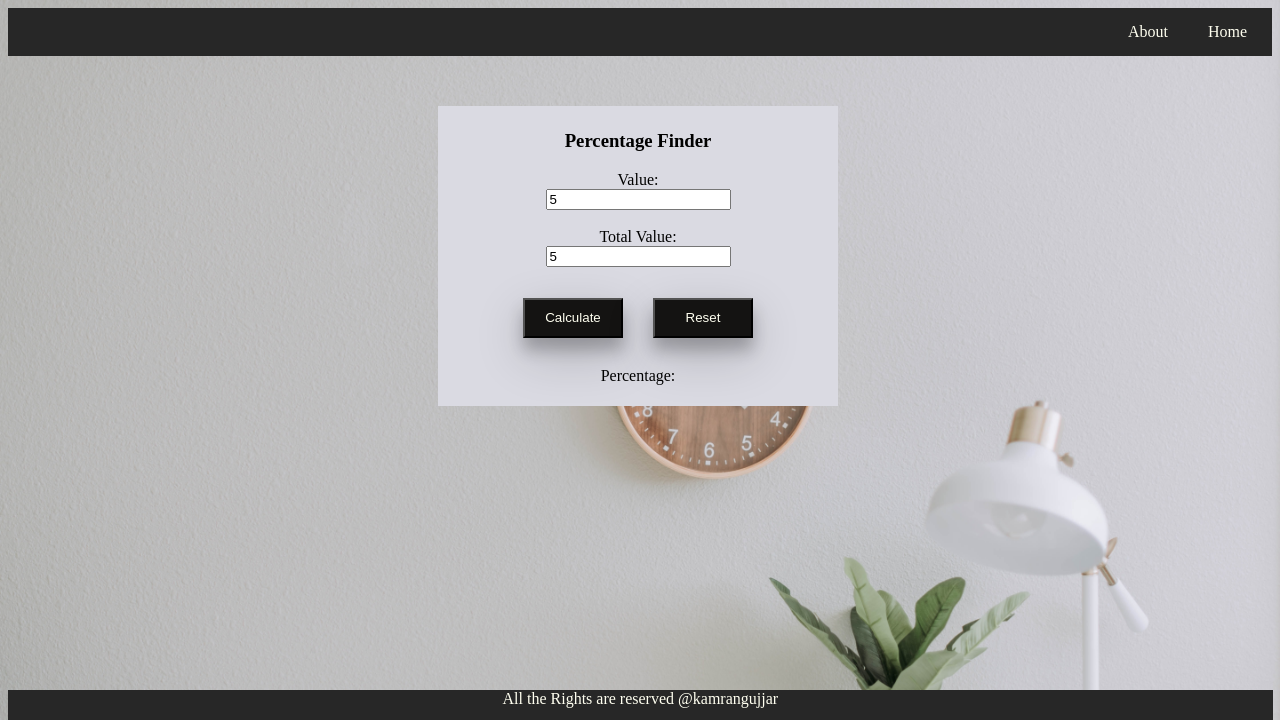
Repository: Kamrangujjar85112/Length-Converter
Page: html/percentage.html
An editor plug-in stored every save of this project. The page is shown before and after the next save, followed by the edit.
The browser window is 1280 px wide. The pictures show the whole page.
Empty fields were first filled with sample values (such as "Sample", 5 or name@example.com).
After loading, the first visible `#convert` was clicked once.

Above is the page before, as saved 2022-01-28 15:12:15.
Console error: TypeError: Cannot read properties of null (reading 'style')

After the next save:
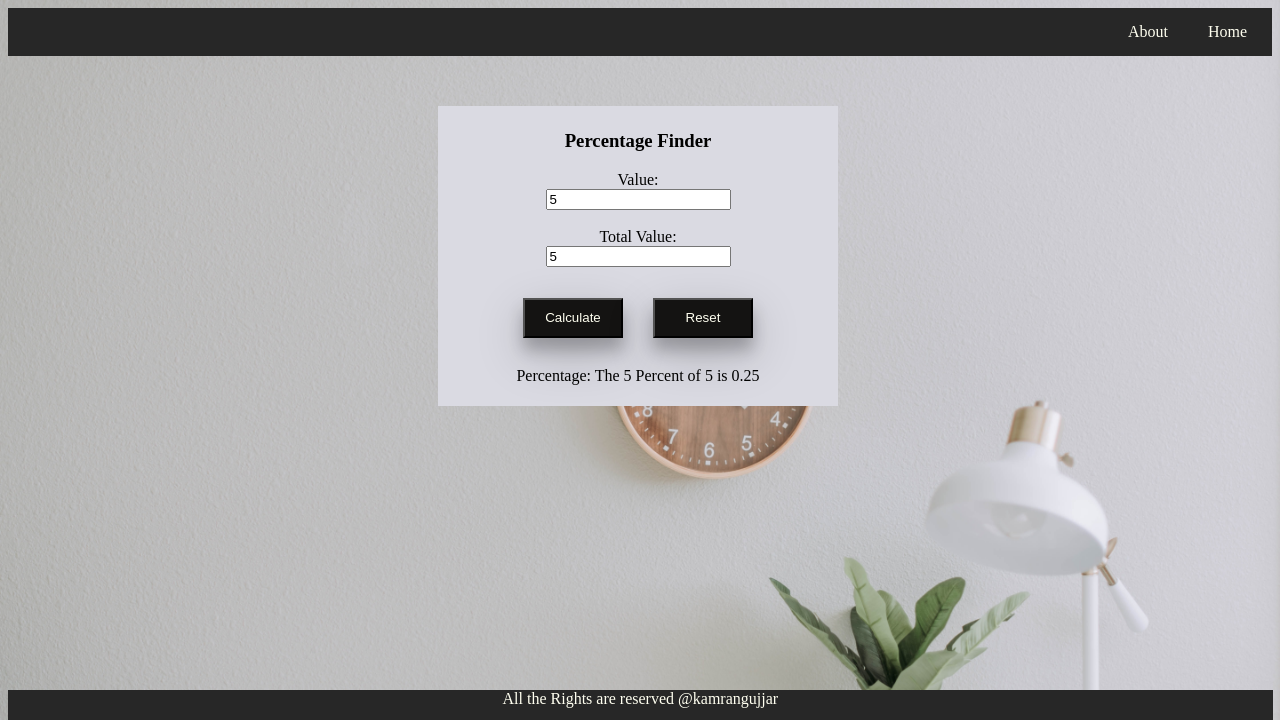
The error is gone.
Saved 5 min 40 s later.
--- a/js/converter.js
+++ b/js/converter.js
@@ -27,78 +27,91 @@ if(inputCmToKm?.value > 0){
     document.getElementById('cmToKmpError').innerHTML =  '<span style="color:red;">Enter A Valid Number</span>';
 }}
 // centimeters To Milimeters
-if(inputCmToMm?.value > 0){
-    const Mm = inputCmToMm?.value * 10;
-    document.getElementById('cmToMmp').style.display ='block';
-    document.getElementById('cmToMmpError').style.display ='none';
-    document.getElementById('cmToMm').innerHTML = inputCmToMm?.value +' Centimeters are equal to ' +Mm + ' Milimeters';
-}else{
+if(inputCmToMm?.value){
+    if(inputCmToMm?.value > 0){
+        const Mm = inputCmToMm?.value * 10;
+        document.getElementById('cmToMmp').style.display ='block';
+        document.getElementById('cmToMmpError').style.display ='none';
+        document.getElementById('cmToMm').innerHTML = inputCmToMm?.value +' Centimeters are equal to ' +Mm + ' Milimeters';
+    }else{
 
-    document.getElementById('cmToMmp').style.display ='none';
-    document.getElementById('cmToMmpError').style.display ='block';
-    document.getElementById('cmToMmpError').innerHTML =  '<span style="color:red;">Enter A Valid Number</span>';
+        document.getElementById('cmToMmp').style.display ='none';
+        document.getElementById('cmToMmpError').style.display ='block';
+        document.getElementById('cmToMmpError').innerHTML =  '<span style="color:red;">Enter A Valid Number</span>';
+    }
 }
     // Miles to kilometers
-if(inputMiToKm?.value > 0){
-    const Km1 = inputMiToKm?.value * 1.609;
-    document.getElementById('miToKmp').style.display ='block';
-    document.getElementById('miToKmpError').style.display ='none';
-    document.getElementById('miToKm').innerHTML = inputMiToKm?.value +' Miles are equal to ' +Km1 + ' Kilometers';
-}else{
+if(inputMiToKm?.value){
+    if(inputMiToKm?.value > 0){
+        const Km1 = inputMiToKm?.value * 1.609;
+        document.getElementById('miToKmp').style.display ='block';
+        document.getElementById('miToKmpError').style.display ='none';
+        document.getElementById('miToKm').innerHTML = inputMiToKm?.value +' Miles are equal to ' +Km1 + ' Kilometers';
+    }else{
 
-    document.getElementById('miToKmp').style.display ='none';
-    document.getElementById('miToKmpError').style.display ='block';
-    document.getElementById('miToKmpError').innerHTML =  '<span style="color:red;">Enter A Valid Number</span>';
+        document.getElementById('miToKmp').style.display ='none';
+        document.getElementById('miToKmpError').style.display ='block';
+        document.getElementById('miToKmpError').innerHTML =  '<span style="color:red;">Enter A Valid Number</span>';
+    }
 }
 // Meters to Centimeters
-if(inputMToCm?.value > 0){
-    const Cm1 = inputMToCm?.value * 100;
-    document.getElementById('mToCmp').style.display ='block';
-    document.getElementById('mToCmpError').style.display ='none';
-    document.getElementById('mToCm').innerHTML = inputMToCm?.value +' Meters are equal to ' +Cm1 + ' Centimeters';
-}else{
+if(inputMToCm?.value){
+    if(inputMToCm?.value > 0){
+        const Cm1 = inputMToCm?.value * 100;
+        document.getElementById('mToCmp').style.display ='block';
+        document.getElementById('mToCmpError').style.display ='none';
+        document.getElementById('mToCm').innerHTML = inputMToCm?.value +' Meters are equal to ' +Cm1 + ' Centimeters';
+    }else{
 
-    document.getElementById('mToCmp').style.display ='none';
-    document.getElementById('mToCmpError').style.display ='block';
-    document.getElementById('mToCmpError').innerHTML =  '<span style="color:red;">Enter A Valid Number</span>';
+        document.getElementById('mToCmp').style.display ='none';
+        document.getElementById('mToCmpError').style.display ='block';
+        document.getElementById('mToCmpError').innerHTML =  '<span style="color:red;">Enter A Valid Number</span>';
+    }
 }
+
     // kilometers To meters
-if(inputKmToM?.value > 0){
-    const M1 = inputKmToM?.value * 1000;
-    document.getElementById('kmToMp').style.display ='block';
-    document.getElementById('kmToMpError').style.display ='none';
-    document.getElementById('kmToM').innerHTML = inputKmToM?.value +' Kilometers are equal to ' +M1 + ' Meters';
-}else{
+if(inputKmToM?.value){
+    if(inputKmToM?.value > 0){
+        const M1 = inputKmToM?.value * 1000;
+        document.getElementById('kmToMp').style.display ='block';
+        document.getElementById('kmToMpError').style.display ='none';
+        document.getElementById('kmToM').innerHTML = inputKmToM?.value +' Kilometers are equal to ' +M1 + ' Meters';
+    }else{
 
-    document.getElementById('kmToMp').style.display ='none';
-    document.getElementById('kmToMpError').style.display ='block';
-    document.getElementById('kmToMpError').innerHTML =  '<span style="color:red;">Enter A Valid Number</span>';
+        document.getElementById('kmToMp').style.display ='none';
+        document.getElementById('kmToMpError').style.display ='block';
+        document.getElementById('kmToMpError').innerHTML =  '<span style="color:red;">Enter A Valid Number</span>';
+    }
 }
     // Miles To meters
-if(inputMiToM?.value > 0){
-    const M2 = inputMiToM?.value * 1609;
-    document.getElementById('miToMp').style.display ='block';
-    document.getElementById('miToMpError').style.display ='none';
-    document.getElementById('miToM').innerHTML = inputMiToM?.value +' Miles are equal to ' +M2 + ' Meters';
-}else{
+if(inputMiToM?.value){
+    if(inputMiToM?.value > 0){
+        const M2 = inputMiToM?.value * 1609;
+        document.getElementById('miToMp').style.display ='block';
+        document.getElementById('miToMpError').style.display ='none';
+        document.getElementById('miToM').innerHTML = inputMiToM?.value +' Miles are equal to ' +M2 + ' Meters';
+    }else{
 
-    document.getElementById('miToMp').style.display ='none';
-    document.getElementById('miToMpError').style.display ='block';
-    document.getElementById('miToMpError').innerHTML =  '<span style="color:red;">Enter A Valid Number</span>';
+        document.getElementById('miToMp').style.display ='none';
+        document.getElementById('miToMpError').style.display ='block';
+        document.getElementById('miToMpError').innerHTML =  '<span style="color:red;">Enter A Valid Number</span>';
+    }
 }
     // percentage
-if(inputFValue?.value  > 0 || inputSValue?.value){
-    const fValue = inputFValue?.value;
-    const sValue = inputSValue?.value;
-    const per = (fValue  / 100) * sValue;
-    document.getElementById('percentp').style.display ='block';
-    document.getElementById('percentpError').style.display ='none';
-    document.getElementById('percent').innerHTML = 'The ' + fValue +' Percent of ' +sValue + ' is ' + per ;
-}else{
+if(inputFValue?.value || inputSValue?.value){
+    if(inputFValue?.value  > 0 || inputSValue?.value > 0){
+        const fValue = inputFValue?.value;
+        const sValue = inputSValue?.value;
+        const per = (fValue  / 100) * sValue;
+        document.getElementById('percentp').style.display ='block';
+        document.getElementById('percentpError').style.display ='none';
+        document.getElementById('percent').innerHTML = 'The ' + fValue +' Percent of ' +sValue + ' is ' + per ;
+    }else{
 
-    document.getElementById('percentp').style.display ='none';
-    document.getElementById('percentpError').style.display ='block';
-    document.getElementById('percentpError').innerHTML =  '<span style="color:red;">Enter A Valid Number</span>';
+        document.getElementById('percentp').style.display ='none';
+        document.getElementById('percentpError').style.display ='block';
+        document.getElementById('percentpError').innerHTML =  '<span style="color:red;">Enter A Valid Number</span>';
+    }
 }
 });
 
